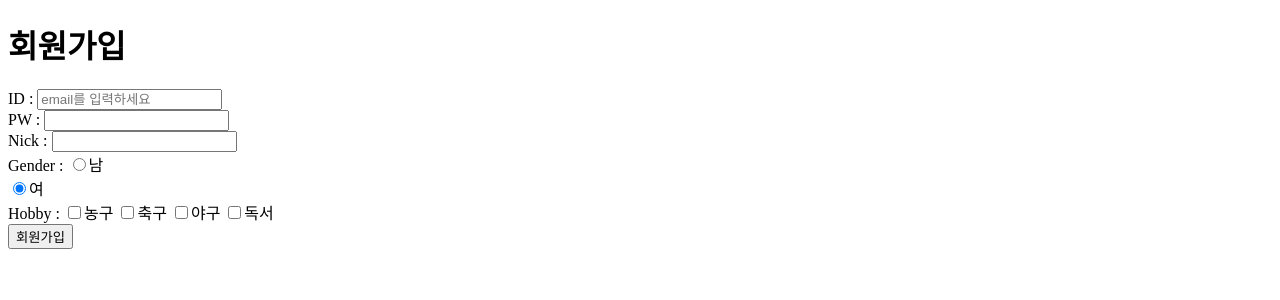
Repository: torojin/study-at-JA-academy
Page: http://localhost/SpringMVCFinal/WEB-INF/views/member/join_member_page.jsp
The author's editor kept a copy of each file at every save. The page is drawn from the files as they stood at one save, then again after the next save.
The browser window is 1280 px wide. The pictures show the whole page.
The page is served by Tomcat 9. Nobody is signed in. Other server files are loaded and not shown. The template is opened directly, without the code that normally fills it, so the values that code supplies are empty.

Above is the page before, as saved 2020-05-06 03:17:27.

### Spring_workspace/SpringMVCFinal/src/main/webapp/WEB-INF/views/member/join_member_page.jsp
<%@ page language="java" contentType="text/html; charset=UTF-8"
    pageEncoding="UTF-8"%>
<!DOCTYPE html>
<html>
<head>
<meta charset="UTF-8">
<title>Insert title here</title>
</head>
<body>
<h1>회원가입</h1>
<form action="./join_member_process.do" method="post">
	ID : <input type="text" placeholder="email를 입력하세요"><br>
	PW : <input type="password"><br>
	Nick : <input type="text"><br>
	Gender : <input type="radio">남 <br><input type="radio" checked="checked">여<br>
	Hobby : <input type="checkbox">농구
			<input type="checkbox">축구
			<input type="checkbox">야구
			<input type="checkbox">독서 <br>
	<input type="submit" value="회원가입">
</form>
</body>
</html>

After the next save:
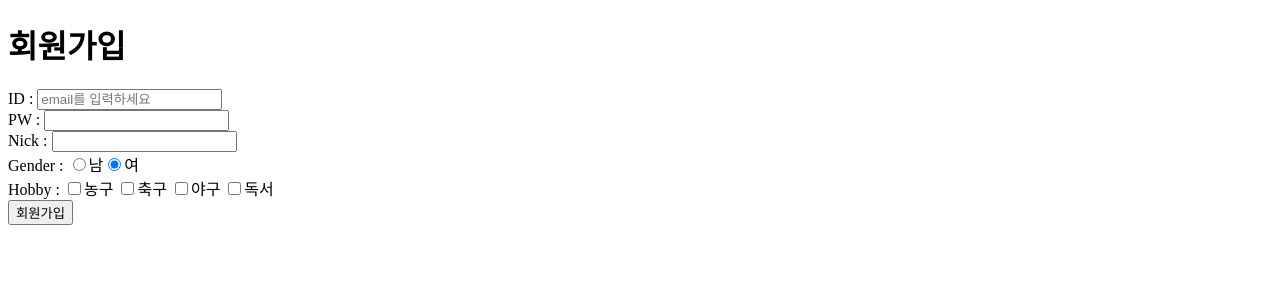
Saved 47 s later.
--- a/Spring_workspace/SpringMVCFinal/src/main/webapp/WEB-INF/views/member/join_member_page.jsp
+++ b/Spring_workspace/SpringMVCFinal/src/main/webapp/WEB-INF/views/member/join_member_page.jsp
@@ -12,7 +12,7 @@
 	ID : <input type="text" placeholder="email를 입력하세요"><br>
 	PW : <input type="password"><br>
 	Nick : <input type="text"><br>
-	Gender : <input type="radio">남 <br><input type="radio" checked="checked">여<br>
+	Gender : <input type="radio">남<input type="radio" checked="checked">여<br>
 	Hobby : <input type="checkbox">농구
 			<input type="checkbox">축구
 			<input type="checkbox">야구
